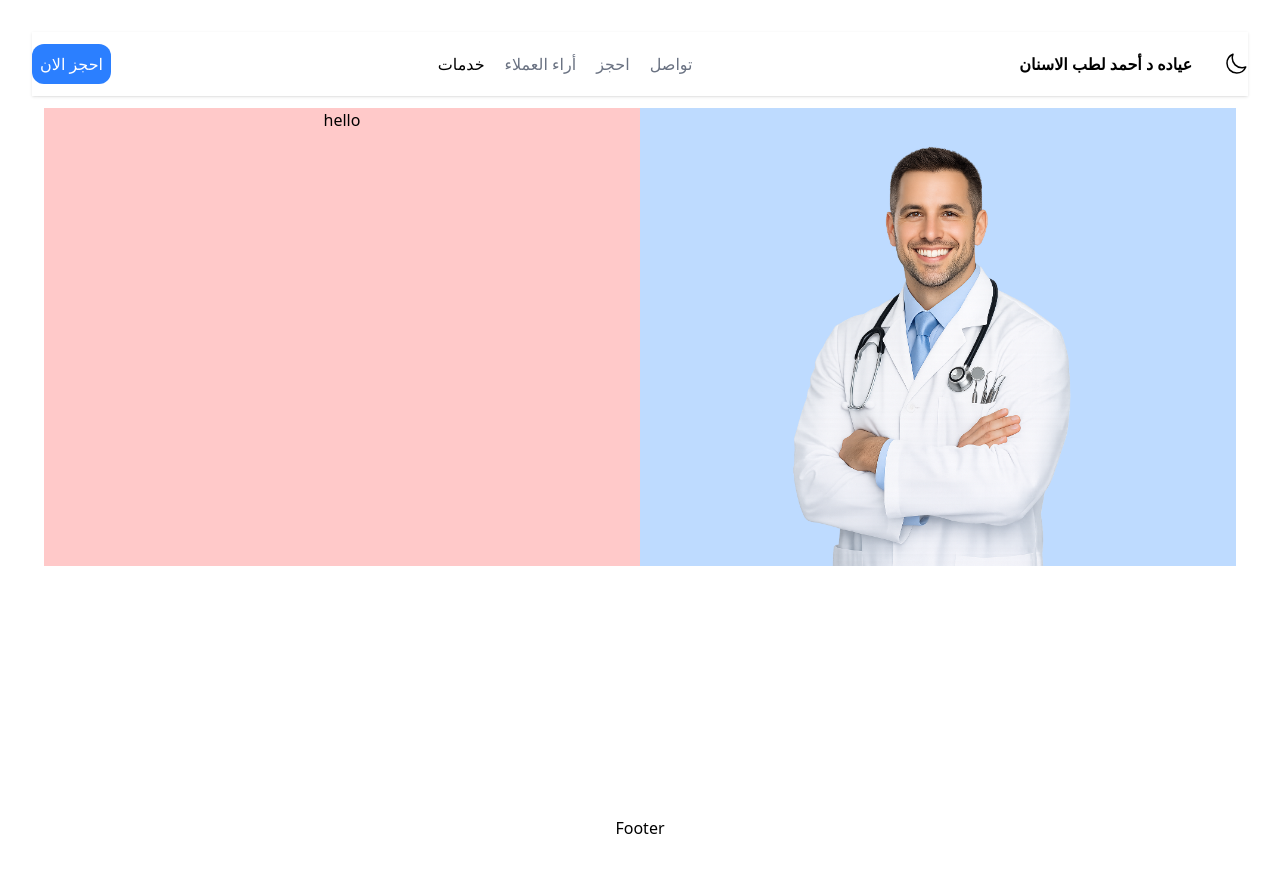
Repository: mohamedehab23-pro/clinic
Page: /
The author's editor kept a copy of each file at every save. The page is drawn from the files as they stood at one save, then again after the next save.
The browser window is 1280 px wide. The pictures show the whole page.
The project was rebuilt for these pictures with package versions that can differ from the ones it lists, and the page was loaded fresh each time. Also part of the build but not shown: vite.config.js, src/Pages/AboutPage.jsx, src/Pages/ContactPage.jsx, src/Pages/NotFound.jsx, src/Components/Child.jsx, src/Components/Parent.jsx.

Above is the page before, as saved 2026-02-22 14:06:48.

After the next save:
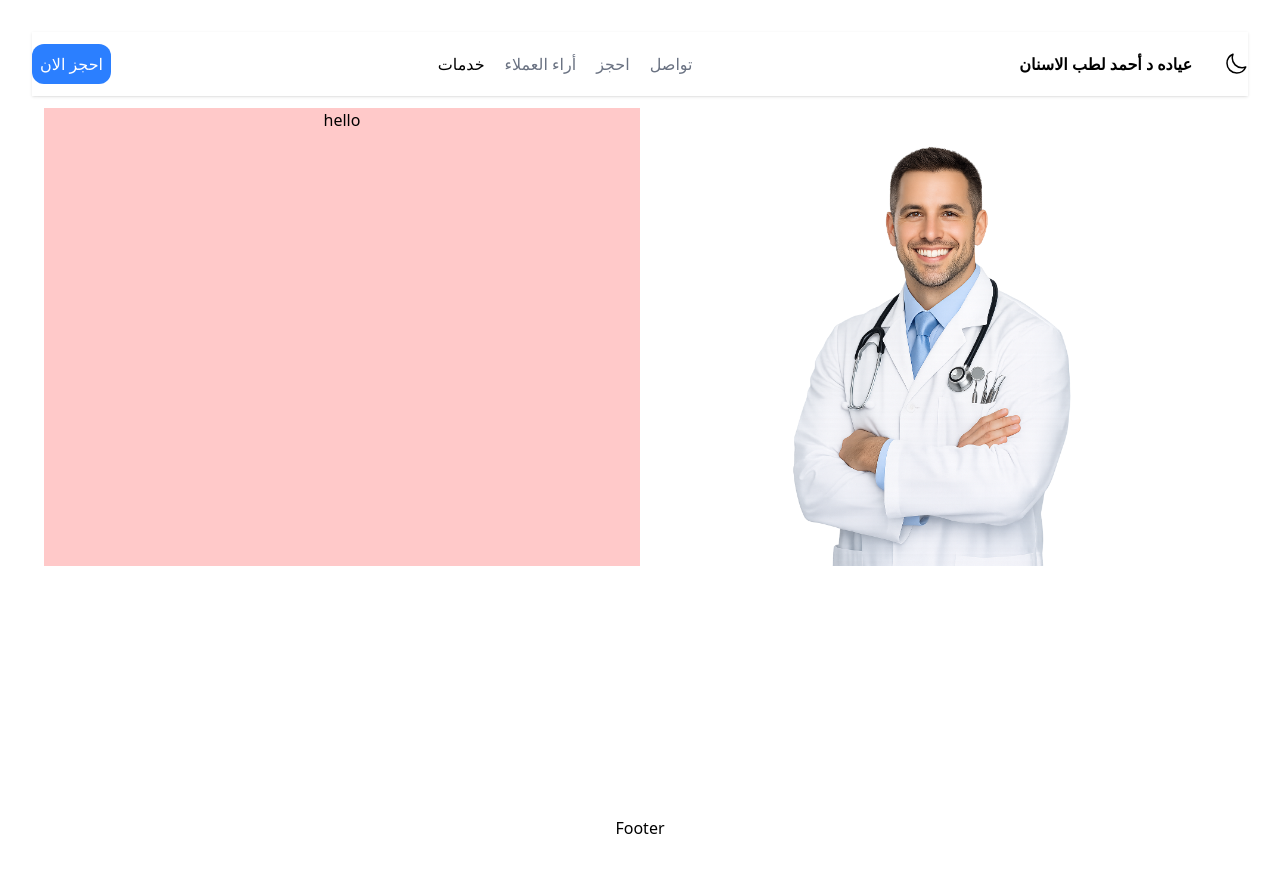
Saved 13 s later.
--- a/src/Pages/HeroPage.jsx
+++ b/src/Pages/HeroPage.jsx
@@ -7,7 +7,7 @@ export default function HomePage() {
 <div className='bg-red-200 w-full '>
   hello
 </div>
-<div className='bg-blue-200 w-full flex justify-center items-center'>
+<div className=' w-full flex justify-center items-center'>
  <img src={sora} alt="doctor" className='w-[50%] ' />
 </div>
       </div>
